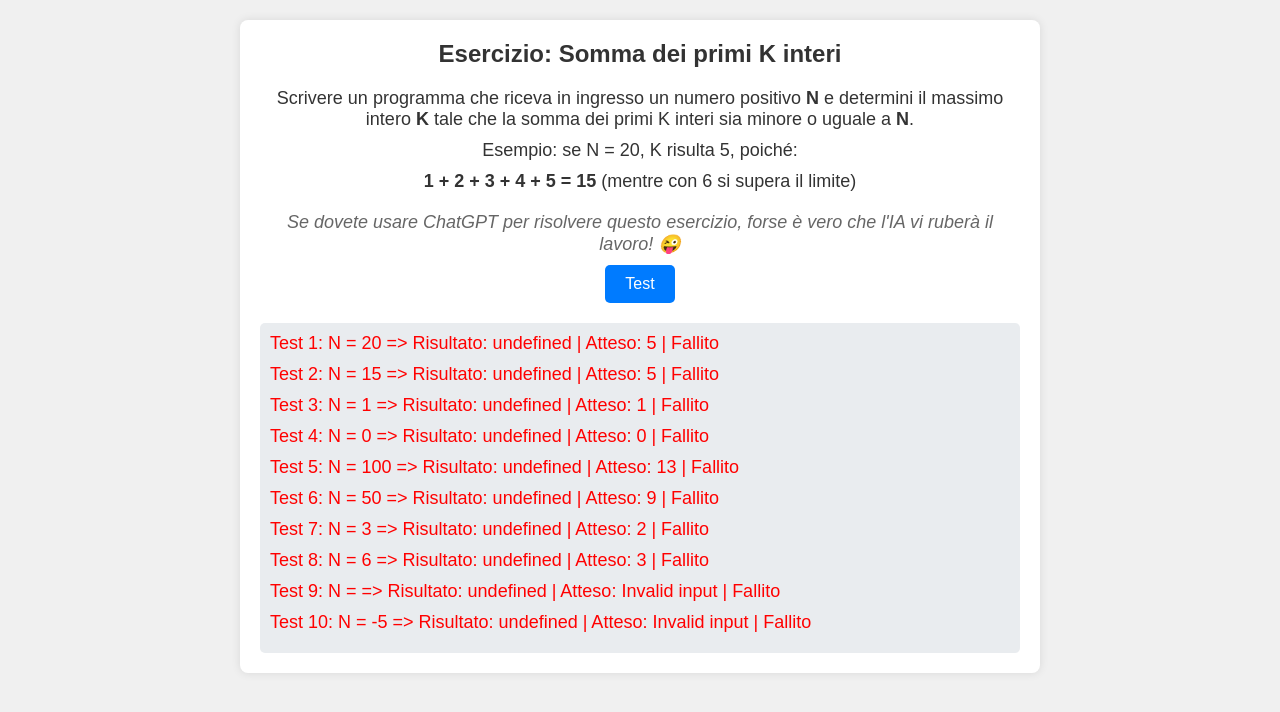
Repository: JoseManuel-Feliz/merenda1
Page: index.html
An editor plug-in stored every save of this project. The page is shown before and after the next save, followed by the edit.
The browser window is 1280 px wide. The pictures show the whole page.
After loading, the first visible `#run-tests` was clicked once.

Above is the page before, as saved 2024-10-01 16:04:35.

### index.html
<!DOCTYPE html>
<html lang="it">
<head>
    <meta charset="UTF-8">
    <meta name="viewport" content="width=device-width, initial-scale=1.0">
    <title>Esercizio Somma di K Interi</title>
    <link rel="stylesheet" href="style.css">
</head>
<body>
    <div class="container">
        <h1>Esercizio: Somma dei primi K interi</h1>
        <p>
            Scrivere un programma che riceva in ingresso un numero positivo <strong>N</strong>
            e determini il massimo intero <strong>K</strong> tale che la somma dei primi K interi
            sia minore o uguale a <strong>N</strong>.
        </p>
        <p>Esempio: se N = 20, K risulta 5, poiché:</p>
        <p><strong>1 + 2 + 3 + 4 + 5 = 15</strong> (mentre con 6 si supera il limite)</p>
        <p style="margin-top: 20px; font-style: italic; color: #666;">
            Se dovete usare ChatGPT per risolvere questo esercizio, forse è vero che l'IA vi ruberà il lavoro! 😜
        </p>

        <button id="run-tests">Test</button>
        <div id="results"></div>
    </div>
    <script src="merenda.js"></script>
    <script src="script.js"></script>
</body>
</html>

### style.css
* {
    box-sizing: border-box;
    margin: 0;
    padding: 0;
}

body {
    font-family: Arial, sans-serif;
    background-color: #f0f0f0;
    color: #333;
    padding: 20px;
}

.container {
    max-width: 800px;
    margin: 0 auto;
    padding: 20px;
    background-color: #fff;
    border-radius: 8px;
    box-shadow: 0 0 10px rgba(0, 0, 0, 0.1);
    text-align: center;
}

h1 {
    font-size: 24px;
    margin-bottom: 20px;
}

p {
    font-size: 18px;
    margin-bottom: 10px;
}

button {
    padding: 10px 20px;
    font-size: 16px;
    border: none;
    background-color: #007bff;
    color: #fff;
    border-radius: 5px;
    cursor: pointer;
}

button:hover {
    background-color: #0056b3;
}

#results {
    margin-top: 20px;
    padding: 10px;
    background-color: #e9ecef;
    border-radius: 5px;
    text-align: left;
}

### merenda.js
function sommaInteri(N) {
    let somma = 0;
    let count = 0;

    for (let i = 1; i <= N; i++)
        somma += i;

    if (somma > N) {
        console.log(count)
    } else {
        count++
    }
}

### script.js
document.getElementById('run-tests').addEventListener('click', function () {
    const resultsContainer = document.getElementById('results');
    resultsContainer.innerHTML = '';

    const testCases = [
        { N: 20, expected: 5 },
        { N: 15, expected: 5 },
        { N: 1, expected: 1 },
        { N: 0, expected: 0 },
        { N: 100, expected: 13 },
        { N: 50, expected: 9 },
        { N: 3, expected: 2 },
        { N: 6, expected: 3 },
        { N: '', expected: 'Invalid input' },
        { N: -5, expected: 'Invalid input' },
    ];

    testCases.forEach((test, index) => {
        try {
            const result = sommaInteri(test.N);
            const passed = result === test.expected;
            const message = `Test ${index + 1}: N = ${test.N} => Risultato: ${result} | Atteso: ${test.expected} | ${passed ? 'Successo' : 'Fallito'}`;
            const resultElement = document.createElement('p');
            resultElement.textContent = message;
            resultElement.style.color = passed ? 'green' : 'red';
            resultsContainer.appendChild(resultElement);
        } catch (error) {
            const message = `Test ${index + 1}: N = ${test.N} ha generato un errore: ${error.message}`;
            const resultElement = document.createElement('p');
            resultElement.textContent = message;
            resultElement.style.color = 'red';
            resultsContainer.appendChild(resultElement);
        }
    });
});

After the next save:
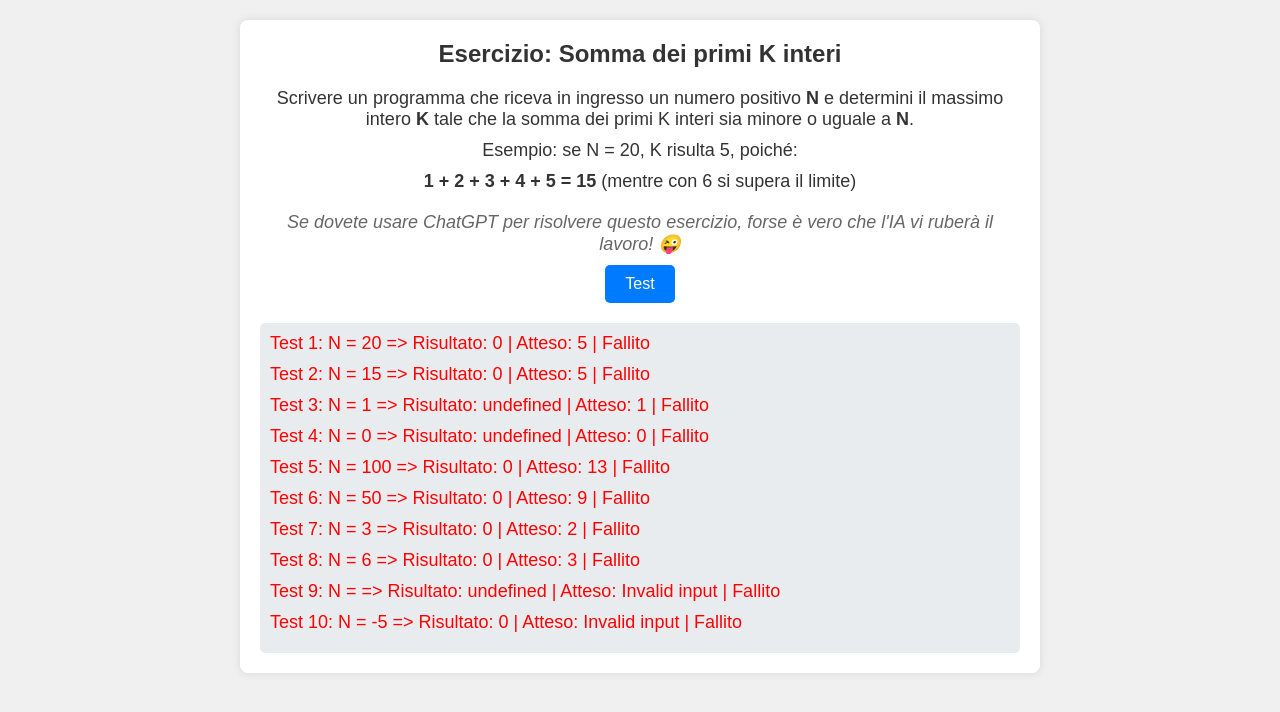
Saved 39 s later.
--- a/merenda.js
+++ b/merenda.js
@@ -7,7 +7,9 @@ function sommaInteri(N) {
 
     if (somma > N) {
         console.log(count)
+        return count
     } else {
         count++
+        console.log(count)
     }
 }
